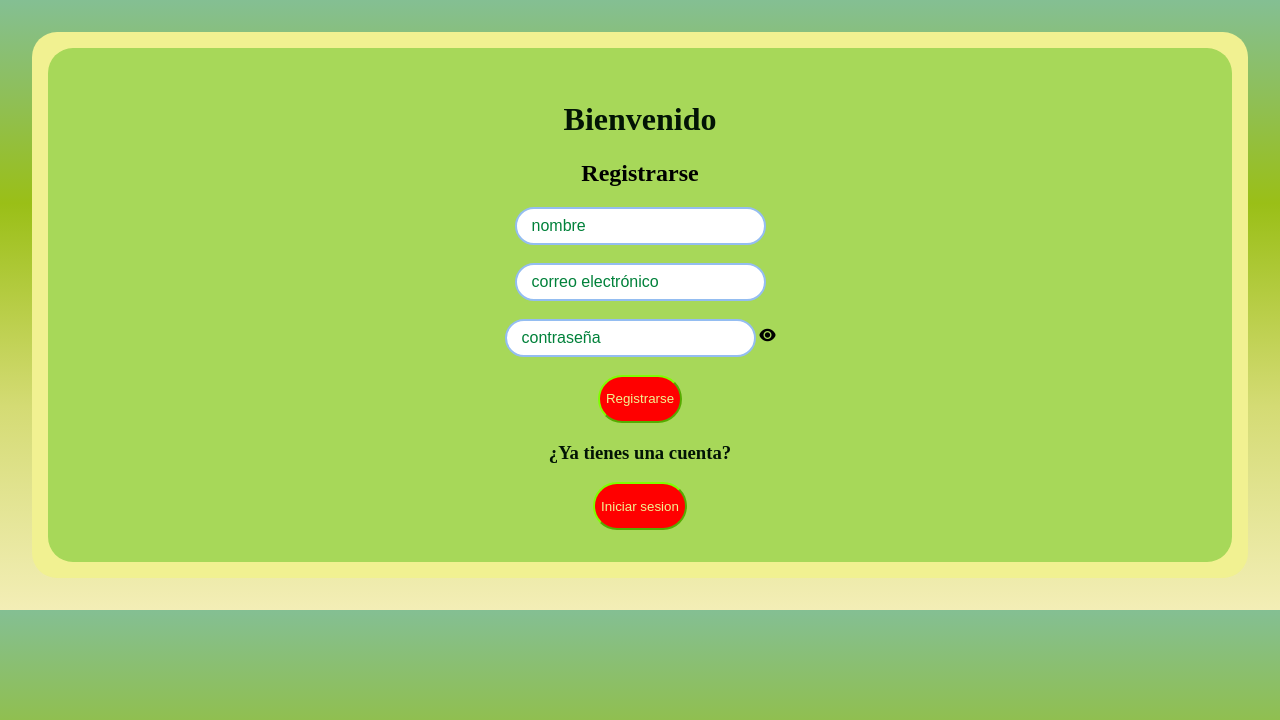
Repository: carrascokarencb37-afk/Nuura
Page: html/registrarse.html
These files come from the project's save history. The page is drawn as it stood at one moment and after the next save; the edit follows.
The browser window is 1280 px wide. The pictures show the whole page.
Some web libraries are served in a nearby version.

Above is the page before, as saved 2026-05-28 22:34:59.

After the next save:
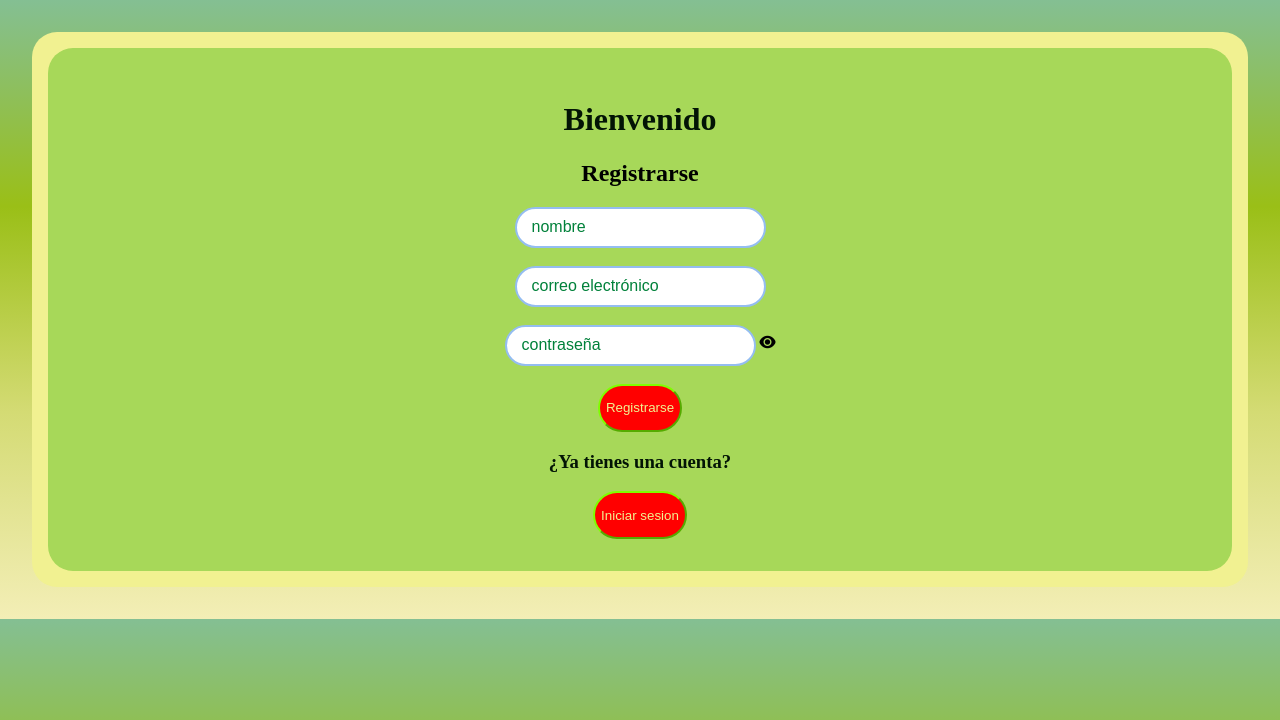
Saved 6 s later.
--- a/css/style.css
+++ b/css/style.css
@@ -59,7 +59,7 @@ body {
 input{
     color: #004d00;
     max-width: 230px;
-    height: 35px;
+    min-height: 35px;
 
     border-radius: 20px;
     border: 2px solid #4c74ff;
